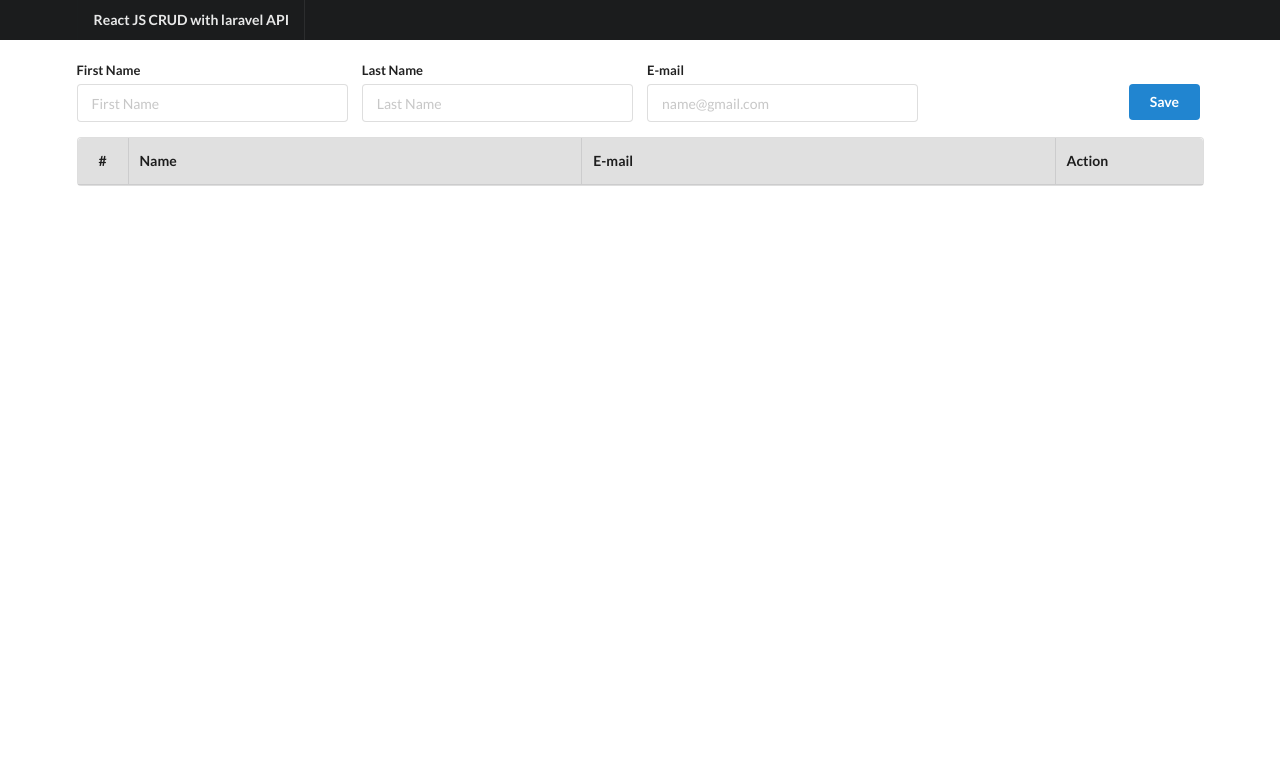
Repository: balkisys/react-js-crud
Page: /
The author's editor kept a copy of each file at every save. The page is drawn from the files as they stood at one save, then again after the next save.
The browser window is 1280 px wide. The pictures show the whole page.
The page's requests for data from a server got no answer. The project was rebuilt for these pictures with package versions that can differ from the ones it lists, and the page was loaded fresh each time. No one was signed in, and anything a server would have sent is missing. Also part of the build but not shown: src/components/Customer.js.

Above is the page before, as saved 2020-05-23 15:07:42.

### public/index.html
<!DOCTYPE html>
<html lang="en">
  <head>
    <meta charset="utf-8" />
    <link rel="icon" href="%PUBLIC_URL%/favicon.ico" />
    <meta name="viewport" content="width=device-width, initial-scale=1" />
    <meta name="theme-color" content="#000000" />
    <meta
      name="description"
      content="Web site created using create-react-app"
    />
    <link rel="apple-touch-icon" href="%PUBLIC_URL%/logo192.png" />

    <link
    rel="stylesheet"
    href="https://cdnjs.cloudflare.com/ajax/libs/semantic-ui/2.4.1/semantic.min.css"
    />

    <!--
      manifest.json provides metadata used when your web app is installed on a
      user's mobile device or desktop. See https://developers.google.com/web/fundamentals/web-app-manifest/
    -->
    <link rel="manifest" href="%PUBLIC_URL%/manifest.json" />
    <!--
      Notice the use of %PUBLIC_URL% in the tags above.
      It will be replaced with the URL of the `public` folder during the build.
      Only files inside the `public` folder can be referenced from the HTML.

      Unlike "/favicon.ico" or "favicon.ico", "%PUBLIC_URL%/favicon.ico" will
      work correctly both with client-side routing and a non-root public URL.
      Learn how to configure a non-root public URL by running `npm run build`.
    -->
    <title>React App</title>
  </head>
  <body>
    <noscript>You need to enable JavaScript to run this app.</noscript>
    <div id="root"></div>
    <!--
      This HTML file is a template.
      If you open it directly in the browser, you will see an empty page.

      You can add webfonts, meta tags, or analytics to this file.
      The build step will place the bundled scripts into the <body> tag.

      To begin the development, run `npm start` or `yarn start`.
      To create a production bundle, use `npm run build` or `yarn build`.
    -->
  </body>
</html>

### src/index.js
import React from "react";
import ReactDOM from "react-dom";
import App from "./components/App";


ReactDOM.render(<App/>, document.querySelector("#root"));

### src/components/App.js
import React , {Component} from "react" ;
import axios from "axios";
import MyForm from "./MyForm";
import CustomerList from "./CustomerList";
import "./app.css";

class App extends Component {
    state = {

        customers: [],
        loader: false,
        url: "http://127.0.0.1:8000/api/customers"
    };
    getCustomers = async () => {
        this.setState({ loader:true});
        const customers =  await axios.get(this.state.url);
        this.setState({ customers: customers.data, loader:false });
    }
    componentDidMount(){
        this.getCustomers();
    }

    render () {
      return (
          <div>
          <div className="ui fixed inverted menu">
          <div className="ui container">

           <a href="/#" className="header item">
               React JS CRUD with laravel API
               </a>

          </div>
          </div>
          <div className="ui main container">
           <MyForm/>

           <CustomerList customers={this.state.customers}/>
          </div>
          </div>
      );
    }
}
export default App ;

### src/components/MyForm.js
import React , {Component} from "react" ;


class MyForm extends Component {
   render() {
       return (
      <form className= "ui form">
       <div className="fields">
           <div className="four wide field">
           <label> First Name </label>
           <input type="text" name="first_name" placeholder="First Name" />
           </div>

           <div className="four wide field">
           <label> Last Name </label>
           <input type="text" name="last_name" placeholder="Last Name" />
           </div>

           <div className="four wide field">
           <label> E-mail </label>
           <input type="email" name="email" placeholder="name@gmail.com" />
           </div>

           <div className="four wide field">
           <button  className="ui primary button submit-button"> Save</button>
           </div>

       </div>
      </form>
       );
   }


}
export default MyForm ;

### src/components/CustomerList.js
import React, {Component} from "react";
import Customer from "./Customer";

class CustomerList extends Component {
    render() {
        const customers = this.props.customers;
        return (
          <div className="data">
              <table className="ui celled table">
                <thead>
                     <tr>
                         <th style={{ width: '50px' , textAlign: "center"}}>#</th>
                         <th>Name</th>
                         <th>E-mail</th>
                         <th style={{ width: "148px"}}>Action </th>
                     </tr>
                    </thead>

                    <tbody>
                        {customers.map(customer=>{
                              return <Customer customer={customer} key={customer.id} />;

                            })
                        }

                    </tbody>
              </table>

          </div>
        );
    }
}

export default CustomerList;

### src/components/app.css
.main.container{
    margin-top: 60px;
}
.submit-button {
    margin-top: 24px !important;
    float: right;
}

.data {
    margin-top: 15px;
}

thead tr th {
     background: #e0e0e0 !important;
}

### src/components/Loader.js
import React, { Component } from 'react'

 class Loader extends Component {
    render() {
        return (
            <div className="ui active inverted dimmer">
               <div className="ui loader"></div>
            </div>
        )
    }
}

export default Loader

After the next save:
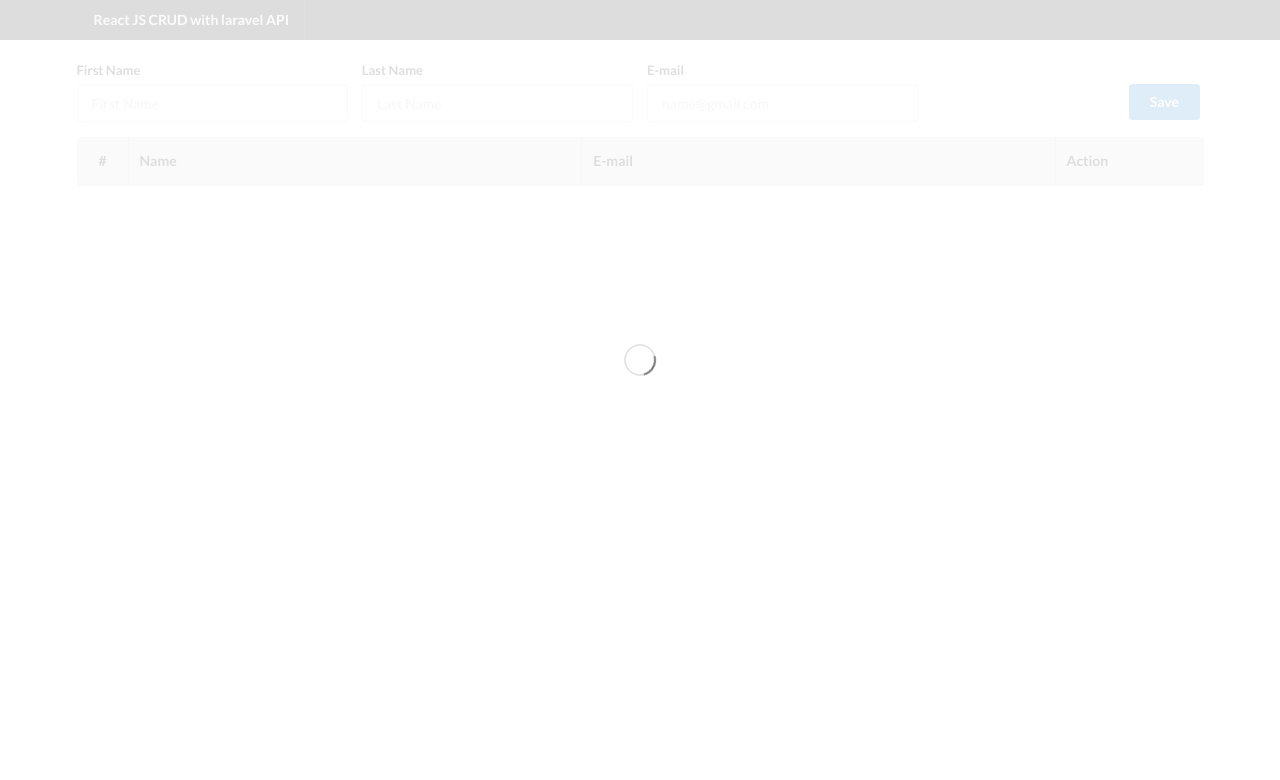
Saved 88 s later.
--- a/src/components/App.js
+++ b/src/components/App.js
@@ -3,6 +3,7 @@ import axios from "axios";
 import MyForm from "./MyForm";
 import CustomerList from "./CustomerList";
 import "./app.css";
+import Loader from "./Loader";
 
 class App extends Component {
     state = {
@@ -34,7 +35,9 @@ class App extends Component {
           </div>
           <div className="ui main container">
            <MyForm/>
-
+           {
+               this.state.loader ? <Loader/> : ""
+           }
            <CustomerList customers={this.state.customers}/>
           </div>
           </div>

After the 3 saves that followed:
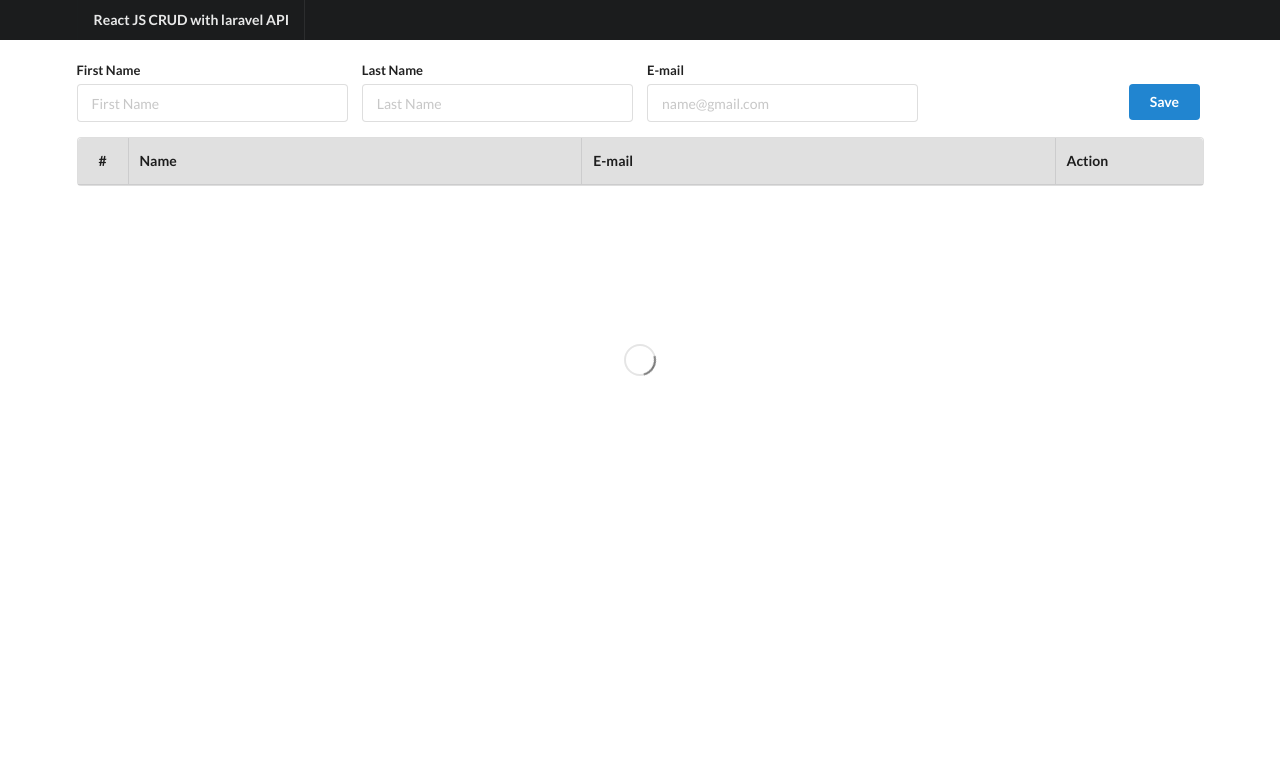
The 3 saves are shown as one change because 2 left the picture as it was.
The last was saved 5 min 8 s later.
--- a/src/components/app.css
+++ b/src/components/app.css
@@ -13,3 +13,7 @@
 thead tr th {
      background: #e0e0e0 !important;
 }
+
+.ui.inverted.dimmer {
+    background-color:rgba(255, 255, 255, 0) !important;
+}
